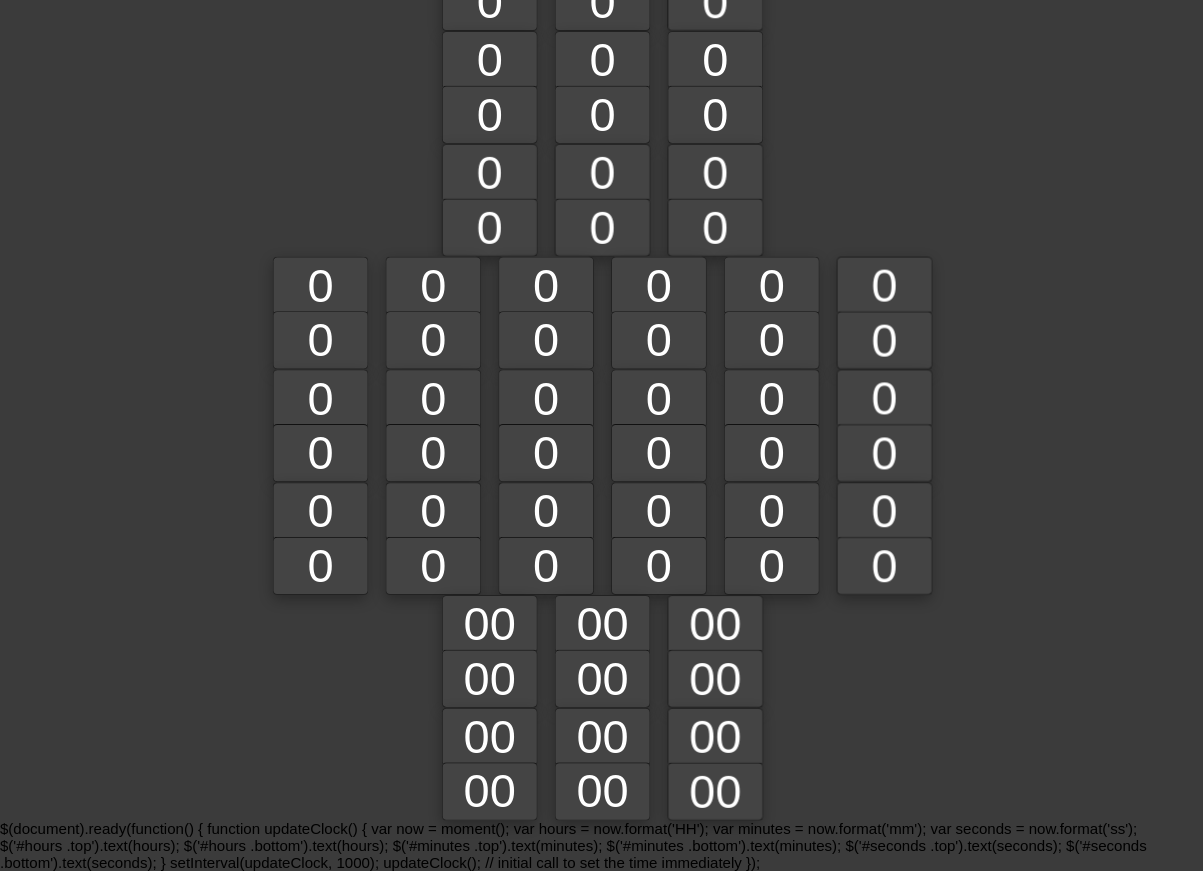
Repository: ThibautCptr/flip_clock
Page: index.html
The author's editor kept a copy of each file at every save. The page is drawn from the files as they stood at one save, then again after the next save.
The browser window is 1280 px wide. The pictures show the whole page, at 94% of full size.
Some web libraries are served in a nearby version.

Above is the page before, as saved 2024-09-18 18:50:49.
Console error: TypeError: $(...).FlipClock is not a function

### index.html
<!DOCTYPE html>
<html lang="en">
<head>
    <meta charset="UTF-8">
    <meta name="viewport" content="width=device-width, initial-scale=1.0">
    <title>Flip Clock</title>
    <link rel="stylesheet" href="./css/style.css">
    <script src="https://code.jquery.com/jquery-3.5.1.min.js"></script>
    <script src="./js/moment.js"></script>
    <script src="./js/moment_tz.js"></script>
    <script src="./js/script.js"></script>
</head>
<body>
    <div class="clock">
        <div class="time-unit" id="hours">
            <div id="hours-tens" class="flip-unit">
                <div class="flip-card">
                    <div class="flip-card-inner">
                        <div class="top">0</div>
                        <div class="bottom">0</div>
                    </div>
                </div>
            </div>
            <div id="hours-units" class="flip-unit">
                <div class="flip-card">
                    <div class="flip-card-inner">
                        <div class="top">0</div>
                        <div class="bottom">0</div>
                    </div>
                </div>
            </div>
        </div>
        <div class="time-unit" id="minutes">
            <div id="minutes-tens" class="flip-unit">
                <div class="flip-card">
                    <div class="flip-card-inner">
                        <div class="top">0</div>
                        <div class="bottom">0</div>
                    </div>
                </div>
            </div>
            <div id="minutes-units" class="flip-unit">
                <div class="flip-card">
                    <div class="flip-card-inner">
                        <div class="top">0</div>
                        <div class="bottom">0</div>
                    </div>
                </div>
            </div>
        </div>
        <div class="time-unit" id="seconds">
            <div id="seconds-tens" class="flip-unit">
                <div class="flip-card">
                    <div class="flip-card-inner">
                        <div class="top">0</div>
                        <div class="bottom">0</div>
                    </div>
                </div>
            </div>
            <div id="seconds-units" class="flip-unit">
                <div class="flip-card">
                    <div class="flip-card-inner">
                        <div class="top">0</div>
                        <div class="bottom">0</div>
                    </div>
                </div>
            </div>
        </div>
    </div>
</body>
</html>
<!DOCTYPE html>
<html lang="en">
<head>
    <meta charset="UTF-8">
    <meta name="viewport" content="width=device-width, initial-scale=1.0">
    <title>Flip Clock</title>
    <link rel="stylesheet" href="./css/style.css">
    <script src="https://code.jquery.com/jquery-3.5.1.min.js"></script>
    <script src="./js/moment.js"></script>
    <script src="./js/moment_tz.js"></script>
    <script src="./js/script.js"></script>
</head>
<body>
    <div class="clock">
        <div class="time-unit" id="hours">
            <div id="hours-tens" class="flip-unit">
                <div class="flip-card">
                    <div class="flip-card-inner">
                        <div class="top">0</div>
                        <div class="bottom">0</div>
                    </div>
                </div>
            </div>
            <div id="hours-units" class="flip-unit">
                <div class="flip-card">
                    <div class="flip-card-inner">
                        <div class="top">0</div>
                        <div class="bottom">0</div>
                    </div>
                </div>
            </div>
        </div>
        <div class="time-unit" id="minutes">
            <div id="minutes-tens" class="flip-unit">
                <div class="flip-card">
                    <div class="flip-card-inner">
                        <div class="top">0</div>
                        <div class="bottom">0</div>
                    </div>
                </div>
            </div>
            <div id="minutes-units" class="flip-unit">
                <div class="flip-card">
                    <div class="flip-card-inner">
                        <div class="top">0</div>
                        <div class="bottom">0</div>
                    </div>
                </div>
            </div>
        </div>
        <div class="time-unit" id="seconds">
            <div id="seconds-tens" class="flip-unit">
                <div class="flip-card">
                    <div class="flip-card-inner">
                        <div class="top">0</div>
                        <div class="bottom">0</div>
                    </div>
                </div>
            </div>
            <div id="seconds-units" class="flip-unit">
                <div class="flip-card">
                    <div class="flip-card-inner">
                        <div class="top">0</div>
                        <div class="bottom">0</div>
                    </div>
                </div>
            </div>
        </div>
    </div>
</body>
</html>
<!DOCTYPE html>
<html lang="en">
<head>
    <meta charset="UTF-8">
    <meta name="viewport" content="width=device-width, initial-scale=1.0">
    <title>Flip Clock</title>
    <link rel="stylesheet" href="./css/style.css">
    <script src="https://code.jquery.com/jquery-3.5.1.min.js"></script>
    <script src="./js/moment.js"></script>
    <script src="./js/moment_tz.js"></script>
    <script src="./js/script.js"></script>
</head>
<body>
    <div class="clock">
        <div id="hours-tens" class="flip-unit">
            <div class="flip-card">
                <div class="flip-card-inner">
                    <div class="top">0</div>
                    <div class="bottom">0</div>
                </div>
            </div>
        </div>
        <div id="hours-units" class="flip-unit">
            <div class="flip-card">
                <div class="flip-card-inner">
                    <div class="top">0</div>
                    <div class="bottom">0</div>
                </div>
            </div>
        </div>
        <div id="minutes-tens" class="flip-unit">
            <div class="flip-card">
                <div class="flip-card-inner">
                    <div class="top">0</div>
                    <div class="bottom">0</div>
                </div>
            </div>
        </div>
        <div id="minutes-units" class="flip-unit">
            <div class="flip-card">
                <div class="flip-card-inner">
                    <div class="top">0</div>
                    <div class="bottom">0</div>
                </div>
            </div>
        </div>
        <div id="seconds-tens" class="flip-unit">
            <div class="flip-card">
                <div class="flip-card-inner">
                    <div class="top">0</div>
                    <div class="bottom">0</div>
                </div>
            </div>
        </div>
        <div id="seconds-units" class="flip-unit">
            <div class="flip-card">
                <div class="flip-card-inner">
                    <div class="top">0</div>
                    <div class="bottom">0</div>
                </div>
            </div>
        </div>
    </div>
</body>
</html>
<!DOCTYPE html>
<html lang="en">
<head>
    <meta charset="UTF-8">
    <meta name="viewport" content="width=device-width, initial-scale=1.0">
    <title>Flip Clock</title>
    <link rel="stylesheet" href="./css/style.css">
    <script src="https://code.jquery.com/jquery-3.5.1.min.js"></script>
    <script src="./js/script.js"></script>
</head>
<body>
    <div class="clock">
        <div id="hours-tens" class="flip-unit">
            <div class="flip-card">
                <div class="flip-card-inner">
                    <div class="top">0</div>
                    <div class="bottom">0</div>
                </div>
            </div>
        </div>
        <div id="hours-units" class="flip-unit">
            <div class="flip-card">
                <div class="flip-card-inner">
                    <div class="top">0</div>
                    <div class="bottom">0</div>
                </div>
            </div>
        </div>
        <div id="minutes-tens" class="flip-unit">
            <div class="flip-card">
                <div class="flip-card-inner">
                    <div class="top">0</div>
                    <div class="bottom">0</div>
                </div>
            </div>
        </div>
        <div id="minutes-units" class="flip-unit">
            <div class="flip-card">
                <div class="flip-card-inner">
                    <div class="top">0</div>
                    <div class="bottom">0</div>
                </div>
            </div>
        </div>
        <div id="seconds-tens" class="flip-unit">
            <div class="flip-card">
                <div class="flip-card-inner">
                    <div class="top">0</div>
                    <div class="bottom">0</div>
                </div>
            </div>
        </div>
        <div id="seconds-units" class="flip-unit">
            <div class="flip-card">
                <div class="flip-card-inner">
                    <div class="top">0</div>
                    <div class="bottom">0</div>
                </div>
            </div>
        </div>
    </div>
</body>
</html>
<!DOCTYPE html>
<html lang="en">
<head>
    <meta charset="UTF-8">
    <meta name="viewport" content="width=device-width, initial-scale=1.0">
    <title>Flip Clock</title>
    <link rel="stylesheet" href="./css/style.css">
</head>
<body>
    <div class="clock">
        <div id="hours-tens" class="flip-unit">
            <div class="flip-card">
                <div class="flip-card-inner">
                    <div class="top">0</div>
                    <div class="bottom">0</div>
                </div>
            </div>
        </div>
        <div id="hours-units" class="flip-unit">
            <div class="flip-card">
                <div class="flip-card-inner">
                    <div class="top">0</div>
                    <div class="bottom">0</div>
                </div>
            </div>
        </div>
        <div id="minutes-tens" class="flip-unit">
            <div class="flip-card">
                <div class="flip-card-inner">
                    <div class="top">0</div>
                    <div class="bottom">0</div>
                </div>
            </div>
        </div>
        <div id="minutes-units" class="flip-unit">
            <div class="flip-card">
                <div class="flip-card-inner">
                    <div class="top">0</div>
                    <div class="bottom">0</div>
                </div>
            </div>
        </div>
        <div id="seconds-tens" class="flip-unit">
            <div class="flip-card">
                <div class="flip-card-inner">
                    <div class="top">0</div>
                    <div class="bottom">0</div>
                </div>
            </div>
        </div>
        <div id="seconds-units" class="flip-unit">
            <div class="flip-card">
                <div class="flip-card-inner">
                    <div class="top">0</div>
                    <div class="bottom">0</div>
                </div>
            </div>
        </div>
    </div>
</body>
</html>
<!DOCTYPE html>
<html lang="en">
<head>
    <meta charset="UTF-8">
    <meta name="viewport" content="width=device-width, initial-scale=1.0">
    <title>Flip Clock</title>
    <link rel="stylesheet" href="./css/style.css">
</head>
<body>
    <div class="clock">
        <div id="hours" class="flip-unit">
            <div class="flip-card">
                <div class="flip-card-inner">
                    <div class="top">00</div>
                    <div class="bottom">00</div>
                </div>
            </div>
        </div>
        <div id="minutes" class="flip-unit">
            <div class="flip-card">
                <div class="flip-card-inner">
                    <div class="top">00</div>
                    <div class="bottom">00</div>
                </div>
            </div>
        </div>
        <div id="seconds" class="flip-unit">
            <div class="flip-card">
                <div class="flip-card-inner">
                    <div class="top">00</div>
                    <div class="bottom">00</div>
                </div>
            </div>
        </div>
    </div>
    <script src="https://code.jquery.com/jquery-3.6.0.min.js"></script>
    <script src="https://cdnjs.cloudflare.com/ajax/libs/moment.js/2.29.1/moment.min.js"></script>
    <script src="script.js"></script>
</body>
</html>
<!DOCTYPE html>
<html lang="en">
<head>
    <meta charset="UTF-8">
    <meta name="viewport" content="width=device-width, initial-scale=1.0">
    <title>Flip Clock</title>
    <link rel="stylesheet" href="style.css">
</head>
<body>
    <div class="clock">
        <div id="hours" class="flip-unit">
            <div class="flip-card">
                <div class="flip-card-inner">
                    <div class="top">00</div>
                    <div class="bottom">00</div>
                </div>
            </div>
        </div>
        <div id="minutes" class="flip-unit">
            <div class="flip-card">
                <div class="flip-card-inner">
                    <div class="top">00</div>
                    <div class="bottom">00</div>
                </div>
            </div>
        </div>
        <div id="seconds" class="flip-unit">
            <div class="flip-card">
                <div class="flip-card-inner">
                    <div class="top">00</div>
                    <div class="bottom">00</div>
                </div>
            </div>
        </div>
    </div>
    <script src="https://code.jquery.com/jquery-3.6.0.min.js"></script>
    <script src="https://cdnjs.cloudflare.com/ajax/libs/moment.js/2.29.1/moment.min.js"></script>
    <script src="script.js"></script>
</body>
</html>
$(document).ready(function() {
    function updateClock() {
        var now = moment();
        var hours = now.format('HH');
        var minutes = now.format('mm');
        var seconds = now.format('ss');

        $('#hours .top').text(hours);
        $('#hours .bottom').text(hours);
        $('#minutes .top').text(minutes);
        $('#minutes .bottom').text(minutes);
        $('#seconds .top').text(seconds);
        $('#seconds .bottom').text(seconds);
    }

    setInterval(updateClock, 1000);
    updateClock(); // initial call to set the time immediately
});

Loaded but not shown: js/moment.js (library); js/moment_tz.js (common file); js/script.js (37 lines, source omitted); css/style.css (501 lines, source omitted)

After the next save:
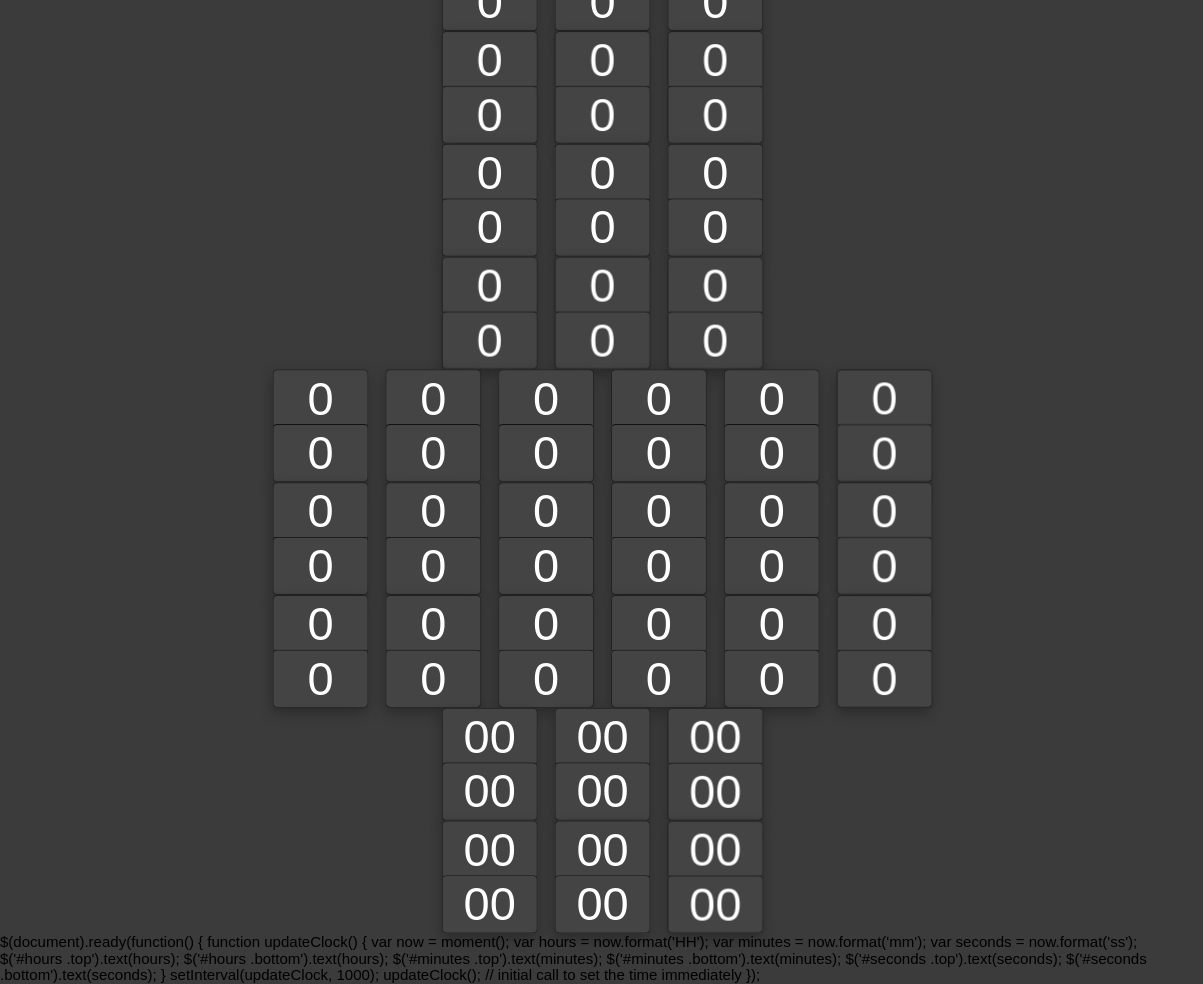
Saved 22 s later.
--- a/index.html
+++ b/index.html
@@ -1,3 +1,75 @@
+<!DOCTYPE html>
+<html lang="en">
+<head>
+    <meta charset="UTF-8">
+    <meta name="viewport" content="width=device-width, initial-scale=1.0">
+    <title>Flip Clock</title>
+    <link rel="stylesheet" href="./css/style.css">
+    <script src="https://code.jquery.com/jquery-3.5.1.min.js"></script>
+    <script src="./js/moment.js"></script>
+    <script src="./js/moment_tz.js"></script>
+    <script src="./js/script.js"></script>
+</head>
+<body>
+    <div class="clock">
+        <div class="time-unit" id="hours">
+            <div id="hours-tens" class="flip-unit">
+                <div class="flip-card">
+                    <div class="flip-card-inner">
+                        <div class="top">0</div>
+                        <div class="bottom">0</div>
+                    </div>
+                </div>
+            </div>
+            <div id="hours-units" class="flip-unit">
+                <div class="flip-card">
+                    <div class="flip-card-inner">
+                        <div class="top">0</div>
+                        <div class="bottom">0</div>
+                    </div>
+                </div>
+            </div>
+        </div>
+        <div class="time-unit" id="minutes">
+            <div id="minutes-tens" class="flip-unit">
+                <div class="flip-card">
+                    <div class="flip-card-inner">
+                        <div class="top">0</div>
+                        <div class="bottom">0</div>
+                    </div>
+                </div>
+            </div>
+            <div id="minutes-units" class="flip-unit">
+                <div class="flip-card">
+                    <div class="flip-card-inner">
+                        <div class="top">0</div>
+                        <div class="bottom">0</div>
+                    </div>
+                </div>
+            </div>
+        </div>
+        <div class="time-unit" id="seconds">
+            <div id="seconds-tens" class="flip-unit">
+                <div class="flip-card">
+                    <div class="flip-card-inner">
+                        <div class="top">0</div>
+                        <div class="top">0</div>
+                        <div class="bottom">0</div>
+                    </div>
+                </div>
+            </div>
+            <div id="seconds-units" class="flip-unit">
+                <div class="flip-card">
+                    <div class="flip-card-inner">
+                        <div class="top">0</div>
+                        <div class="bottom">0</div>
+                    </div>
+                </div>
+            </div>
+        </div>
+    </div>
+</body>
+</html>
 <!DOCTYPE html>
 <html lang="en">
 <head>
